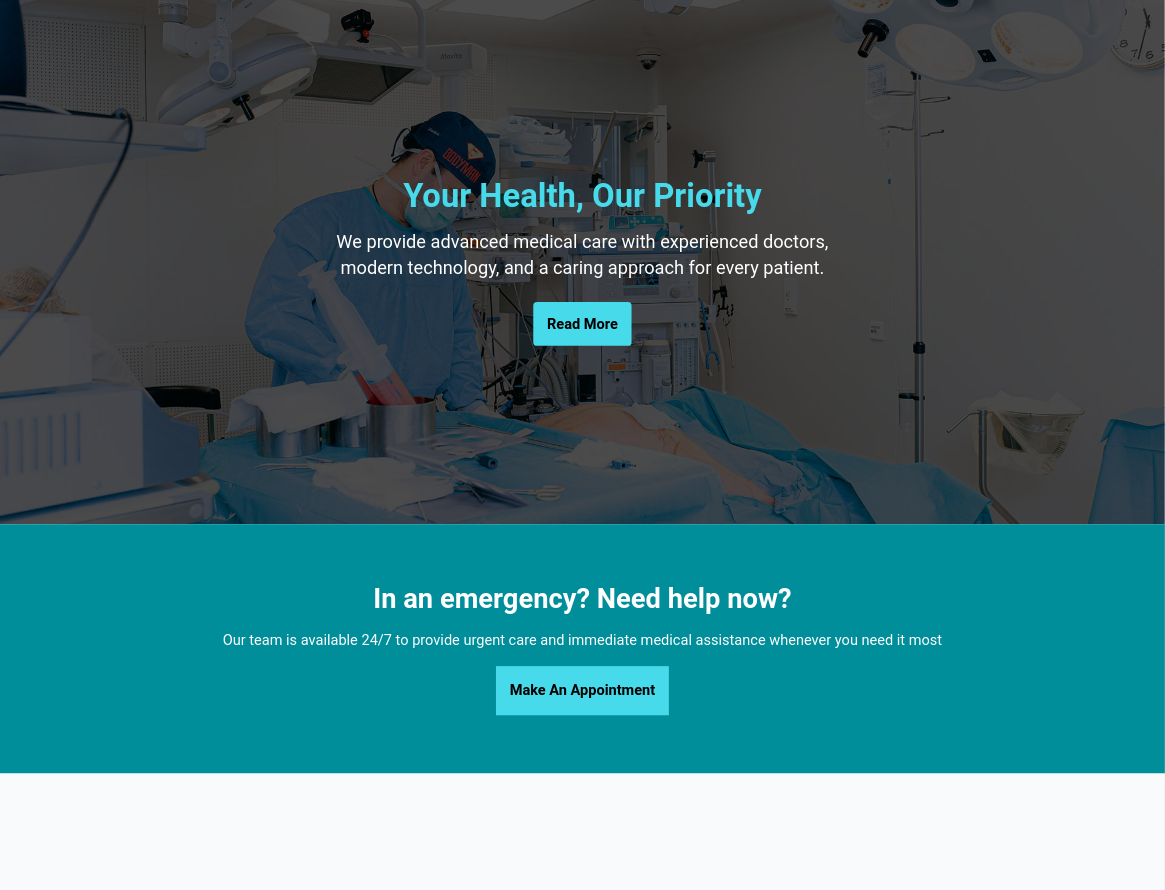
Repository: ahmedkhaleddev02-del/DoctorAppointment-MERN
Page: / (app in frontend/frontend/)
These files come from the project's save history. The page is drawn as it stood at one moment and after the next save; the edit follows.
The browser window is 1280 px wide. The pictures show the whole page, at 91% of full size.
The project was rebuilt for these pictures with package versions that can differ from the ones it lists, and the page was loaded fresh each time.

Above is the page before, as saved 2025-07-27 18:03:08.

After the next save:
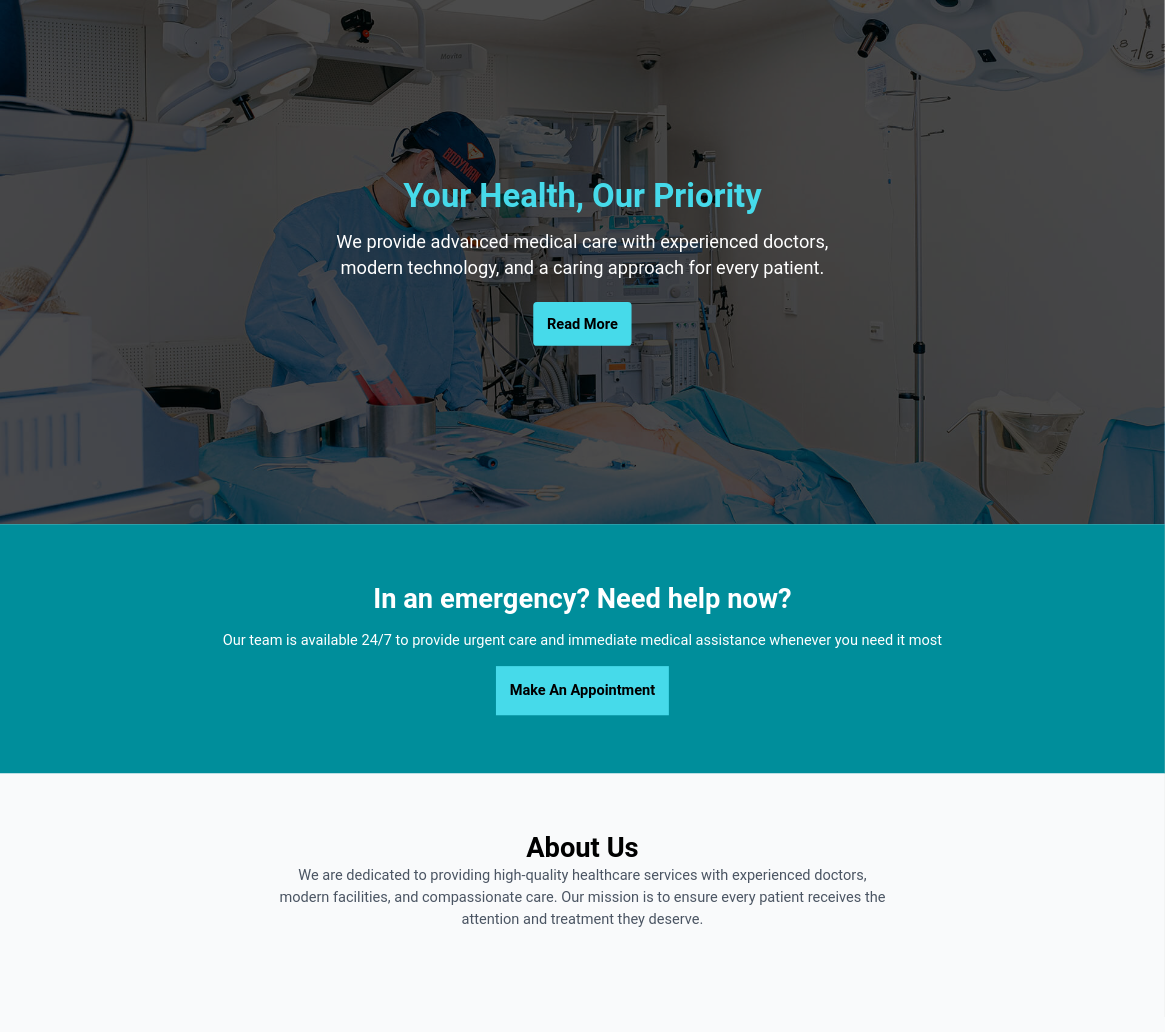
Saved 2 min 15 s later.
--- a/frontend/frontend/src/components/About.jsx
+++ b/frontend/frontend/src/components/About.jsx
@@ -3,6 +3,21 @@
 function About() {
   return (
     <section className="py-16 bg-gray-50">
+
+        <div className='text-center mb-12'>
+            <h2 className='text-3xl font-bold'>About Us</h2>
+        <p className="text-gray-600 max-w-2xl mx-auto">
+        We are dedicated to providing high-quality healthcare services with experienced doctors,
+        modern facilities, and compassionate care. Our mission is to ensure every patient receives
+        the attention and treatment they deserve.
+        </p>
+
+
+        </div>
+
+        <div className='max-w-6xl mx-auto grid md:grid-cols-2 gap-8 px-4'>
+
+        </div>
 
 
     </section>
